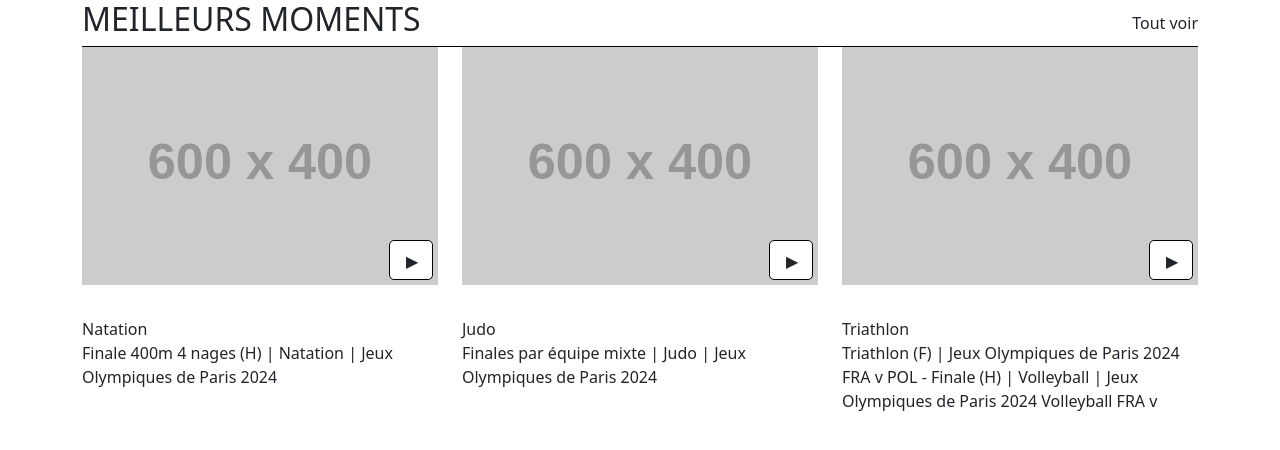
Repository: fbansept/ran3_24_jeu
Page: index.html
An editor plug-in stored every save of this project. The page is shown before and after the next save, followed by the edit.
The browser window is 1280 px wide. The pictures show the whole page.

Above is the page before, as saved 2024-10-14 15:58:21.

After the next save:
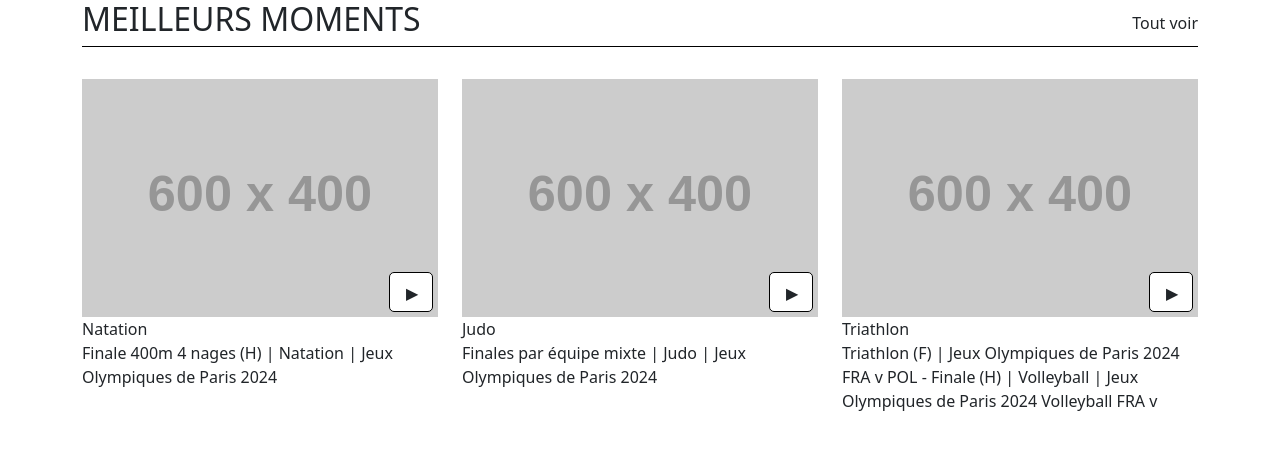
Saved 5 s later.
--- a/styles.css
+++ b/styles.css
@@ -8,11 +8,11 @@ main > section > header {
   justify-content: space-between;
   align-items: center;
   border-bottom: 1px solid black;
+  margin-bottom: 2em;
 }
 
 main > section > div > article > .image {
   position: relative;
-  margin-bottom: 2em;
 }
 
 main > section > div > article > .image > .bouton-play {
